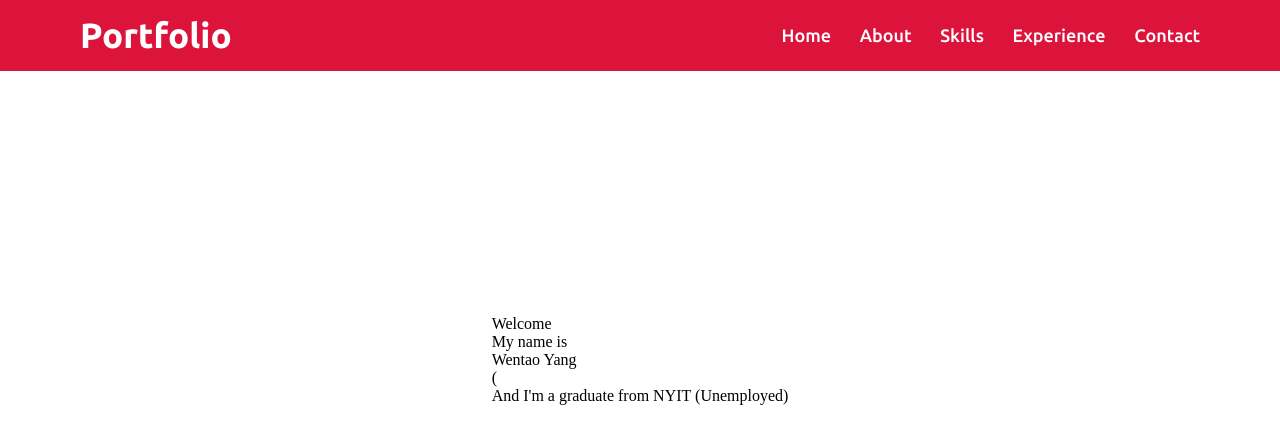
Repository: wyang08/wyang08.github.io
Page: index.html
An editor plug-in stored every save of this project. The page is shown before and after the next save, followed by the edit.
The browser window is 1280 px wide. The pictures show the whole page.

Above is the page before, as saved 2021-07-02 14:46:23.

After the next save:
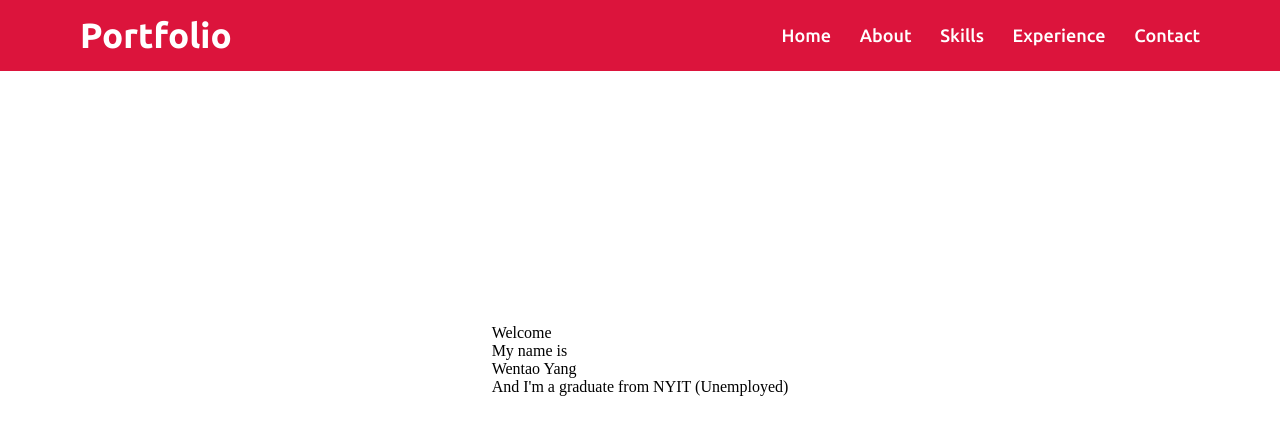
Saved 5 s later.
--- a/index.html
+++ b/index.html
@@ -33,7 +33,7 @@
             <div class="home-content">
                 <div class="text-1">Welcome</div>
                 <div class="text-2">My name is</div>
-                <div class="text-3">Wentao Yang</div>(
+                <div class="text-3">Wentao Yang</div>
                 <div class="text-4">And I'm a graduate from NYIT <span>(Unemployed)</span></div>
             </div>
         </div>
